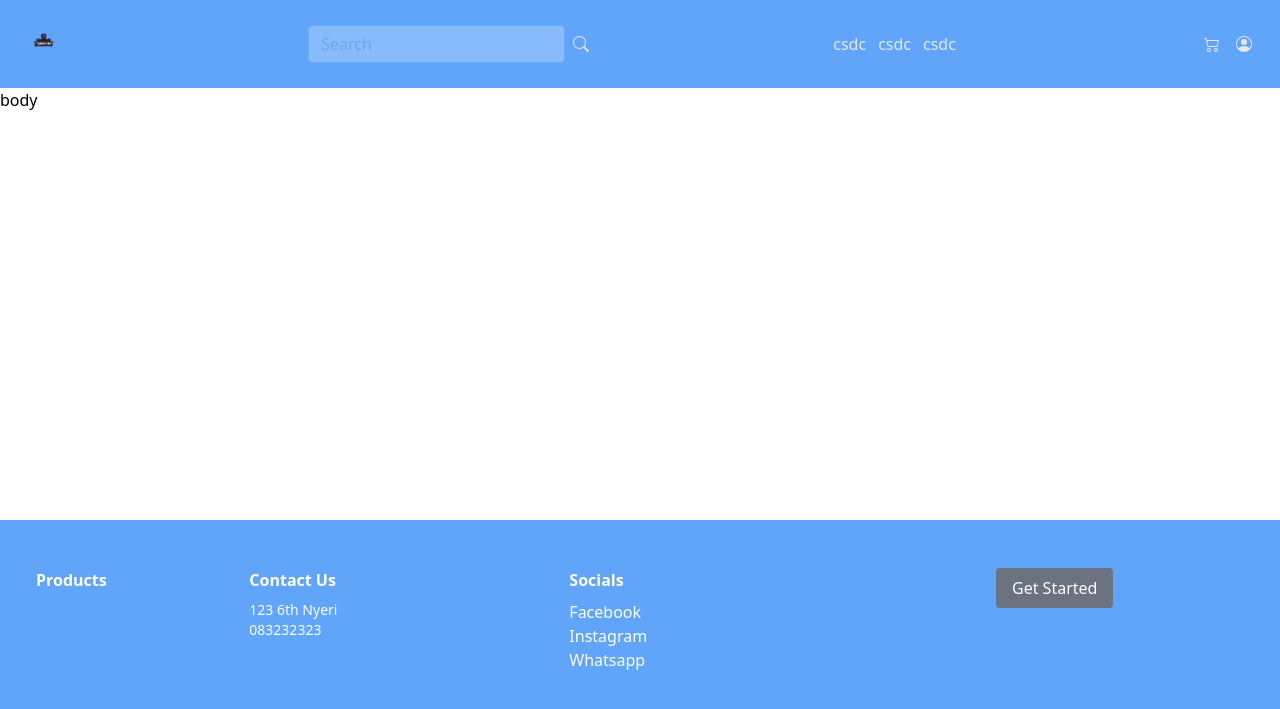
Repository: DevLaukey/Jitu-final
Page: / (app in frontend/)
These files come from the project's save history. The page is drawn as it stood at one moment and after the next save; the edit follows.
The browser window is 1280 px wide. The pictures show the whole page.
The project was rebuilt for these pictures with package versions that can differ from the ones it lists, and the page was loaded fresh each time.

Above is the page before, as saved 2022-07-13 14:31:05.

After the next save:
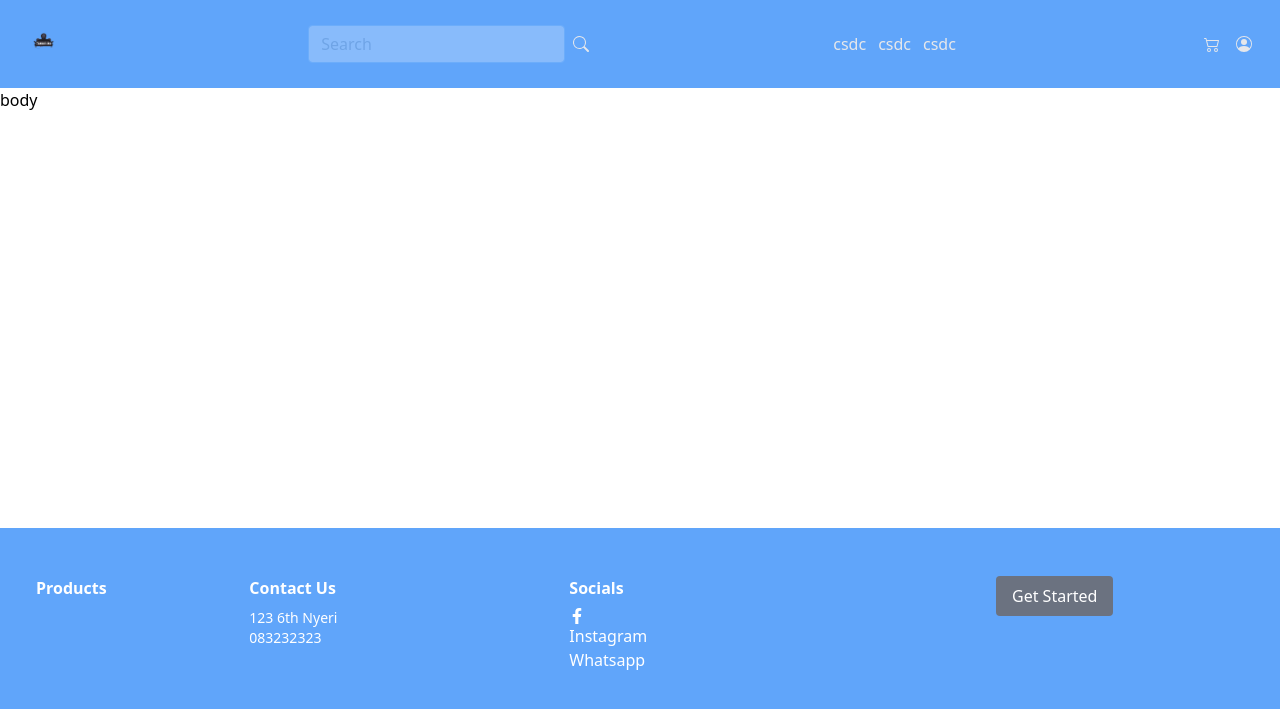
Saved 2 min 27 s later.
--- a/frontend/src/components/Footer.js
+++ b/frontend/src/components/Footer.js
@@ -1,4 +1,5 @@
 import React from "react";
+import { FaFacebookF } from "react-icons/fa";
 
 function Footer() {
   return (
@@ -18,7 +19,7 @@ function Footer() {
           <div class="px-4 sm:w-1/2 md:w-1/4 mt-4 md:mt-0">
             <h6 class="font-bold mb-2">Socials</h6>
                       <ul>
-                          <li>Facebook</li>
+                          <li><FaFacebookF /></li>
                           <li>Instagram</li>
                           <li>Whatsapp</li>
             </ul>
